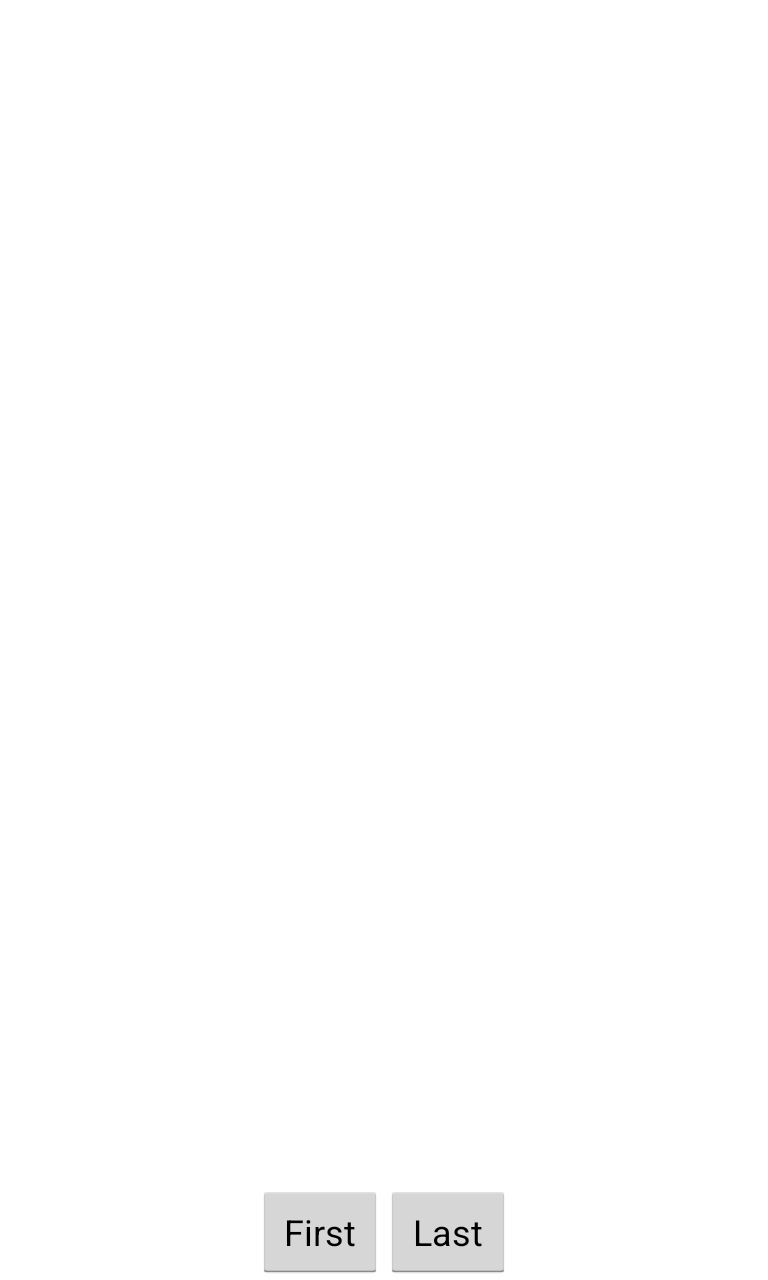
Repository: Pradeep-appstute/First
Layout: Control/res/layout/fragment_tickets.xml
An editor plug-in stored every save of this project. The layout is shown before and after the next save, followed by the edit.
It is drawn on a 768 x 1280 px phone screen (xhdpi) without system bars, with theme AppTheme; the app's code is not run. Lists and similar views that code fills are empty.

Above is the layout before, as saved 2014-02-11 13:19:08.

### Control/res/layout/fragment_tickets.xml
<?xml version="1.0" encoding="utf-8"?>
<LinearLayout xmlns:android="http://schemas.android.com/apk/res/android"
    android:layout_width="match_parent"
    android:layout_height="wrap_content"
    android:orientation="vertical"
    android:id="@+id/lin_fragment_tickets"
    >
 <android.support.v4.view.ViewPager
        android:id="@+id/pager"
        android:layout_width="match_parent"
        android:layout_height="0px"
        android:layout_weight="1" >
</android.support.v4.view.ViewPager>

<LinearLayout
        android:layout_width="match_parent"
        android:layout_height="wrap_content"
        android:layout_weight="0"
        android:gravity="center"
        android:measureWithLargestChild="true"
        android:orientation="horizontal" >

<Button
            android:id="@+id/first"
            android:layout_width="wrap_content"
            android:layout_height="wrap_content"
            android:text="First" >
        </Button>

<Button
            android:id="@+id/last"
            android:layout_width="wrap_content"
            android:layout_height="wrap_content"
            android:text="Last" >
</Button>

</LinearLayout>

Loaded but not shown: Control/res/values/styles.xml (common file); Control/res/values-v11/styles.xml (common file); Control/res/values-v14/styles.xml (common file)

After the next save:
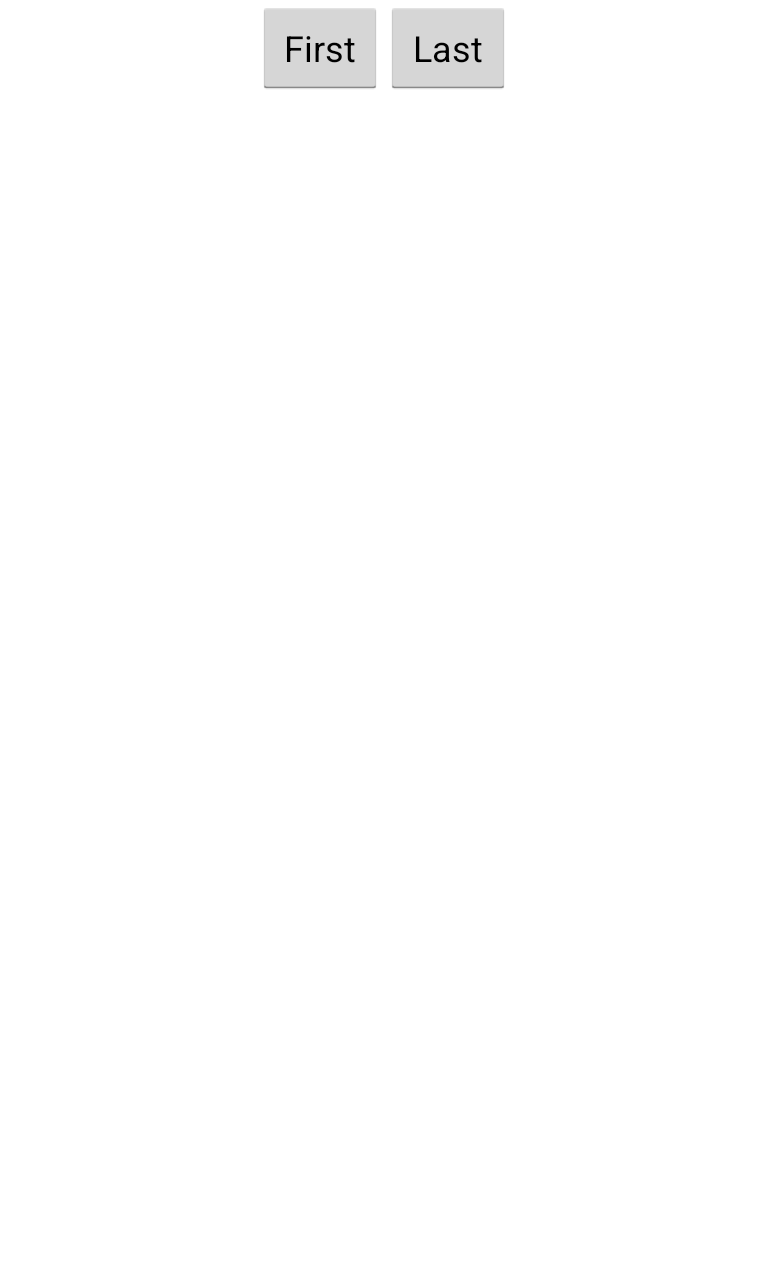
Saved 29 s later.
--- a/Control/res/layout/fragment_tickets.xml
+++ b/Control/res/layout/fragment_tickets.xml
@@ -5,12 +5,7 @@
     android:orientation="vertical"
     android:id="@+id/lin_fragment_tickets"
     >
- <android.support.v4.view.ViewPager
-        android:id="@+id/pager"
-        android:layout_width="match_parent"
-        android:layout_height="0px"
-        android:layout_weight="1" >
-</android.support.v4.view.ViewPager>
+
 
 <LinearLayout
         android:layout_width="match_parent"
@@ -35,3 +30,4 @@
 </Button>
 
 </LinearLayout>
+</LinearLayout>

After the save that followed:
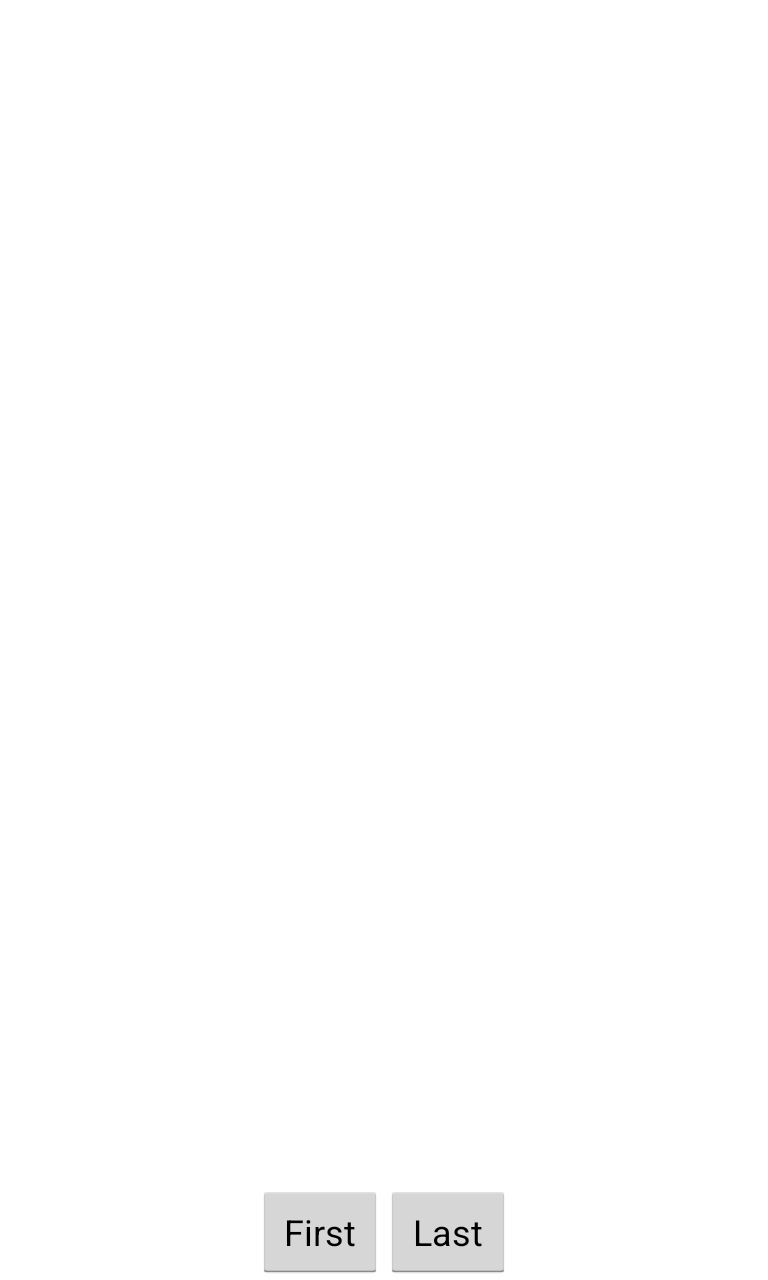
Saved 15 s later.
--- a/Control/res/layout/fragment_tickets.xml
+++ b/Control/res/layout/fragment_tickets.xml
@@ -6,7 +6,12 @@
     android:id="@+id/lin_fragment_tickets"
     >
 
-
+<android.support.v4.view.ViewPager
+        android:id="@+id/pager"
+        android:layout_width="match_parent"
+        android:layout_height="0px"
+        android:layout_weight="1" >
+</android.support.v4.view.ViewPager>
 <LinearLayout
         android:layout_width="match_parent"
         android:layout_height="wrap_content"
